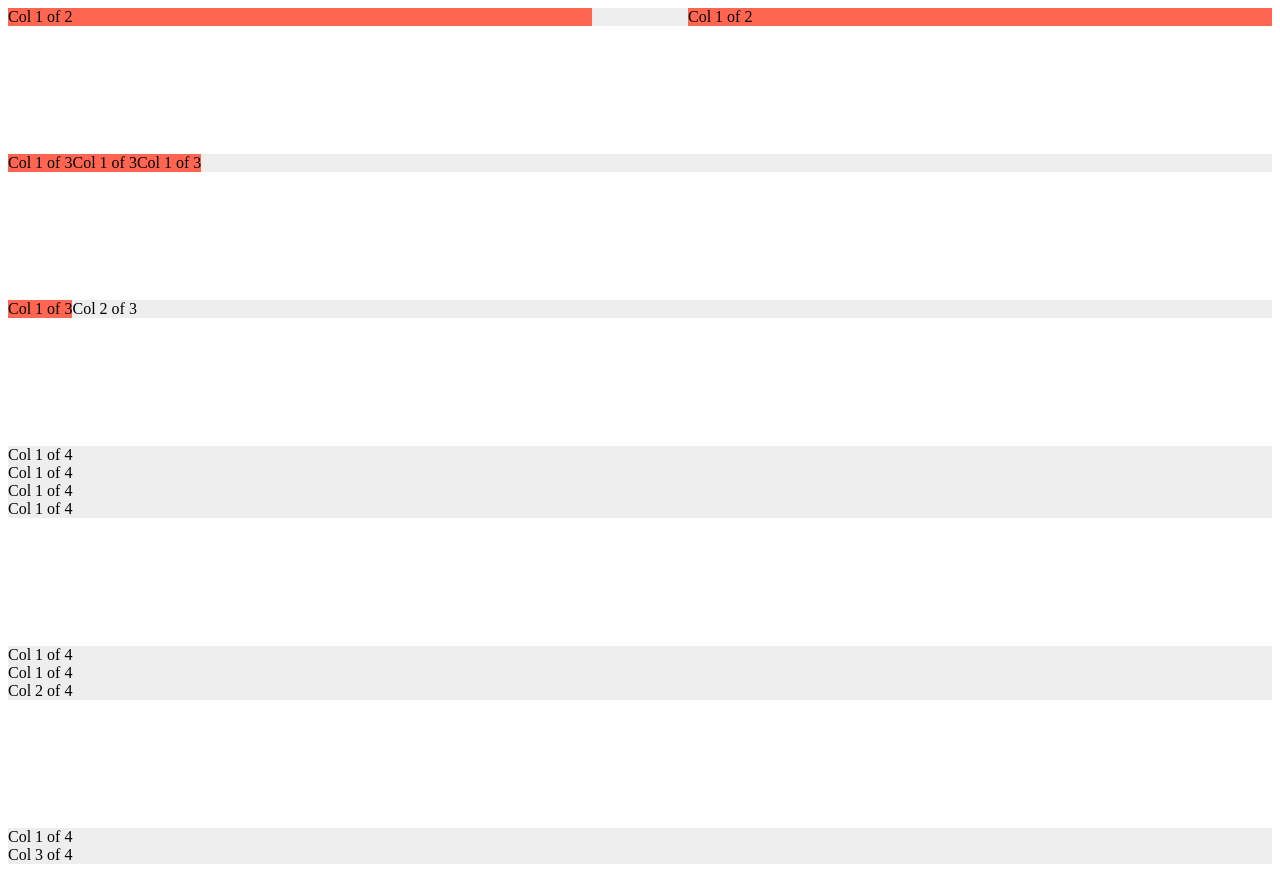
Repository: haokiet2501/grid-basic
Page: index.html
These files come from the project's save history. The page is drawn as it stood at one moment and after the next save; the edit follows.
The browser window is 1280 px wide. The pictures show the whole page.

Above is the page before, as saved 2022-08-11 18:51:33.

### index.html
<!DOCTYPE html>
<html lang="en">
<head>
    <meta charset="UTF-8">
    <meta http-equiv="X-UA-Compatible" content="IE=edge">
    <meta name="viewport" content="width=device-width, initial-scale=1.0">
    <link rel="stylesheet" href="styles.css">
    <title>GRID BASIC</title>
</head>
<body>
    <section class="grid-test">
        <div class="row">
            <div class="col-1-of-2">
                Col 1 of 2
            </div>
            <div class="col-1-of-2">
                Col 1 of 2
            </div>
        </div>

        <div class="row">
            <div class="col-1-of-3">
                Col 1 of 3
            </div>
            <div class="col-1-of-3">
                Col 1 of 3
            </div>
            <div class="col-1-of-3">
                Col 1 of 3
            </div>
        </div>

        <div class="row">
            <div class="col-1-of-3">
                Col 1 of 3
            </div>
            <div class="col-2-of-3">
                Col 2 of 3
            </div>
        </div>

        <div class="row">
            <div class="col-1-of-4">
                Col 1 of 4
            </div>
            <div class="col-1-of-4">
                Col 1 of 4
            </div>
            <div class="col-1-of-4">
                Col 1 of 4
            </div>
            <div class="col-1-of-4">
                Col 1 of 4
            </div>
        </div>

        <div class="row">
            <div class="col-1-of-4">
                Col 1 of 4
            </div>
            <div class="col-1-of-4">
                Col 1 of 4
            </div>
            <div class="col-2-of-4">
                Col 2 of 4
            </div>
        </div>

        <div class="row">
            <div class="col-1-of-4">
                Col 1 of 4
            </div>
            <div class="col-3-of-4">
                Col 3 of 4
            </div>
        </div>

    </section>
</body>
</html>

### styles.css
:root {
    --grid-width: 114rem;
    --gutter-vertical: 8rem;
    --gutter-horizonal: 6rem
}

.row {
    max-width: var(--grid-width);
    background: #eee;
    margin: 0 auto;
}

.row::after {
    content: "";
    display: table;
    clear: both;
}

.row:not(:last-child) {
    margin-bottom: var(--gutter-vertical);
}

[class^=col-3] {

}

.col-1-of-2 {
    width: calc((100% - var(--gutter-horizonal)) / 2);
    background-color: #FF6651;
    float: left;
}

.col-1-of-3 {
    width: calc((100% -2 * var(--gutter-horizonal)) / 3);
    background-color: #FF6651;
    float: left;
}

.col-1-of-2:not(:last-child) {
    margin-right: var(--gutter-horizonal);
}

After the next save:
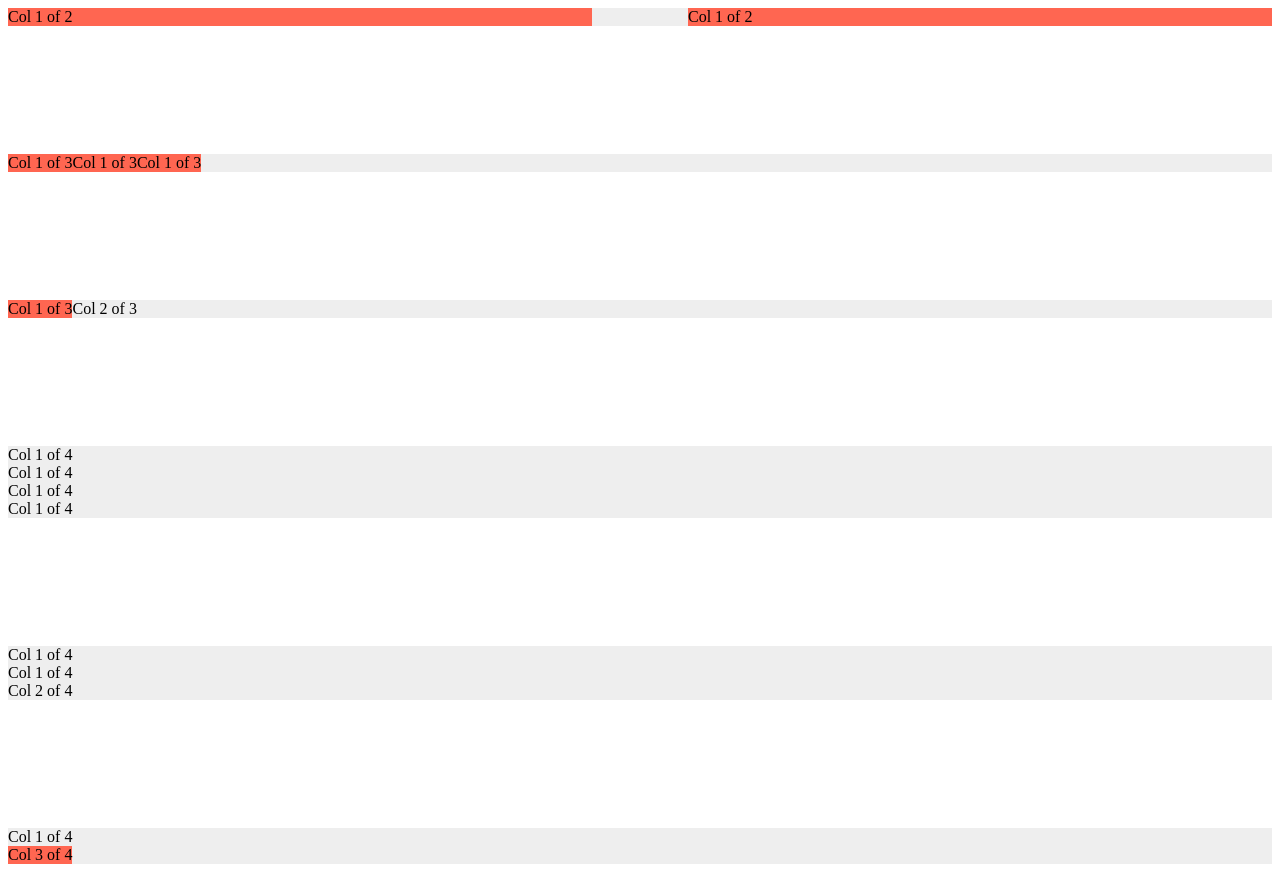
Saved 6 s later.
--- a/styles.css
+++ b/styles.css
@@ -21,7 +21,8 @@
 }
 
 [class^=col-3] {
-
+    background-color: #FF6651;
+    float: left;
 }
 
 .col-1-of-2 {
